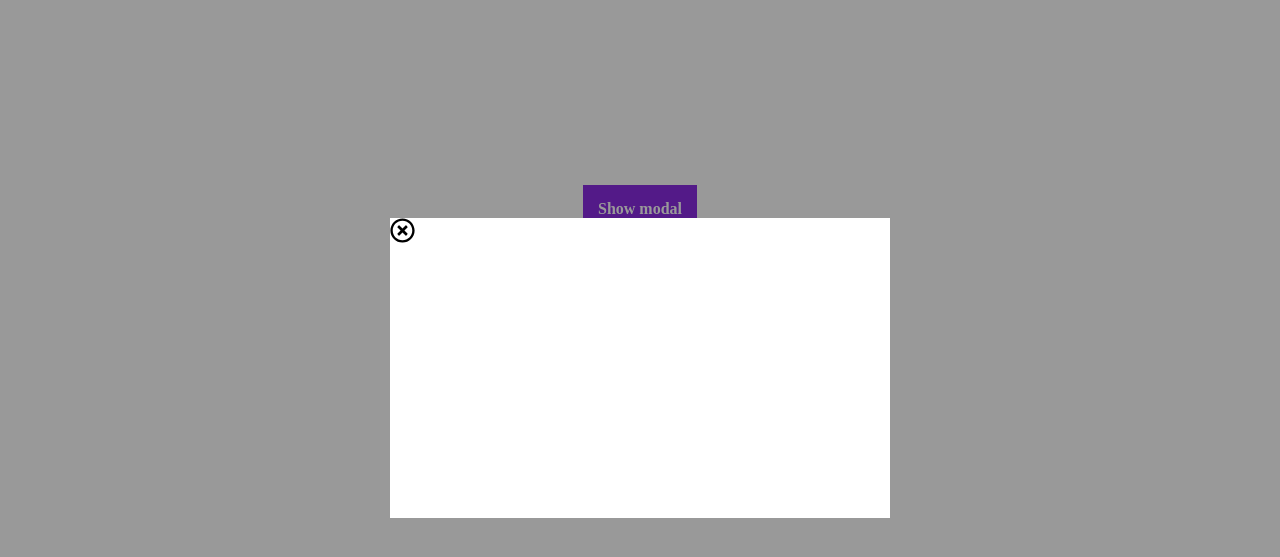
Repository: AnhTuan191298/sent-file-hoang
Page: js_modal/index.html
These files come from the project's save history. The page is drawn as it stood at one moment and after the next save; the edit follows.
The browser window is 1280 px wide. The pictures show the whole page.

Above is the page before, as saved 2021-02-01 14:00:52.

### js_modal/index.html
<!DOCTYPE html>
<html lang="en">
<head>
    <meta charset="UTF-8">
    <meta name="viewport" content="width=device-width, initial-scale=1.0">
    <title>Modal</title>
    <style>
        * {
            margin: 0;
            padding: 0;
        }
        .modal {
            display: flex;
            justify-content: center;
            align-items: center;
            margin-top: 200px;
        }
        .modal__action {
            text-decoration: none;
            padding: 15px;
            background-color: blueviolet;
            color: white;
            font-weight: bold;
        }
        .layout {
            position: fixed;
            top: 0;
            bottom: 0;
            right: 0;
            left: 0;
            background-color: rgba(0, 0, 0, 0.4);
        }
        .modal_show {
            display: flex;
            align-items: center;
            justify-content: center;
            z-index: 999;
        }
        .modal_show-contain {
            position: relative;
            background-color: white;
            width: 500px;
            min-height: 300px;
        }
        .modal_show__close {

        }
        .modal_show__close-img {
            width: 25px;
            height: 25px;
        }
    </style>
</head>
<body>
    <div class="modal">
        <div class="modal_buttun">
            <a class="modal__action" href="#">Show modal</a>
        </div>
    </div>
    <div class="layout"></div>
    <div class="modal_show">
        <div class="modal_show-contain">
            <div class="modal_show__close">
                <img class="modal_show__close-img" src="./assets/imgs/times-circle-regular.svg" alt="close">
            </div>
        </div>
    </div>

    <script src="./assets/js/main.js"></script>
</body>
</html>

Loaded but not shown: js_modal/assets/js/main.js (no stored copy; drawn as an empty file)

After the next save:
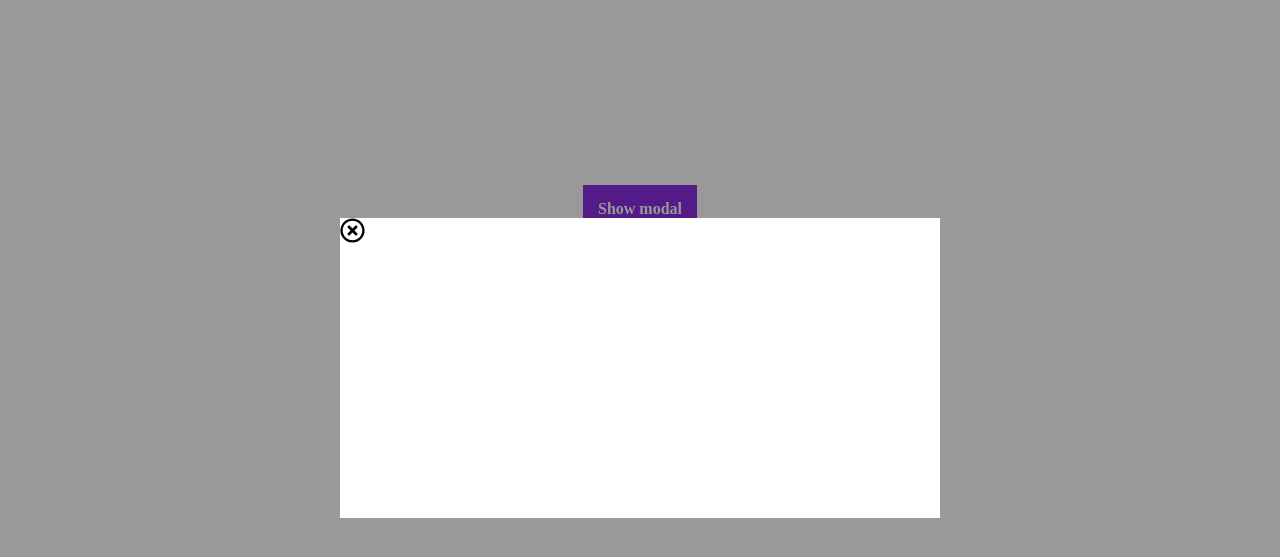
Saved 6 s later.
--- a/js_modal/index.html
+++ b/js_modal/index.html
@@ -39,7 +39,7 @@
         .modal_show-contain {
             position: relative;
             background-color: white;
-            width: 500px;
+            width: 600px;
             min-height: 300px;
         }
         .modal_show__close {
